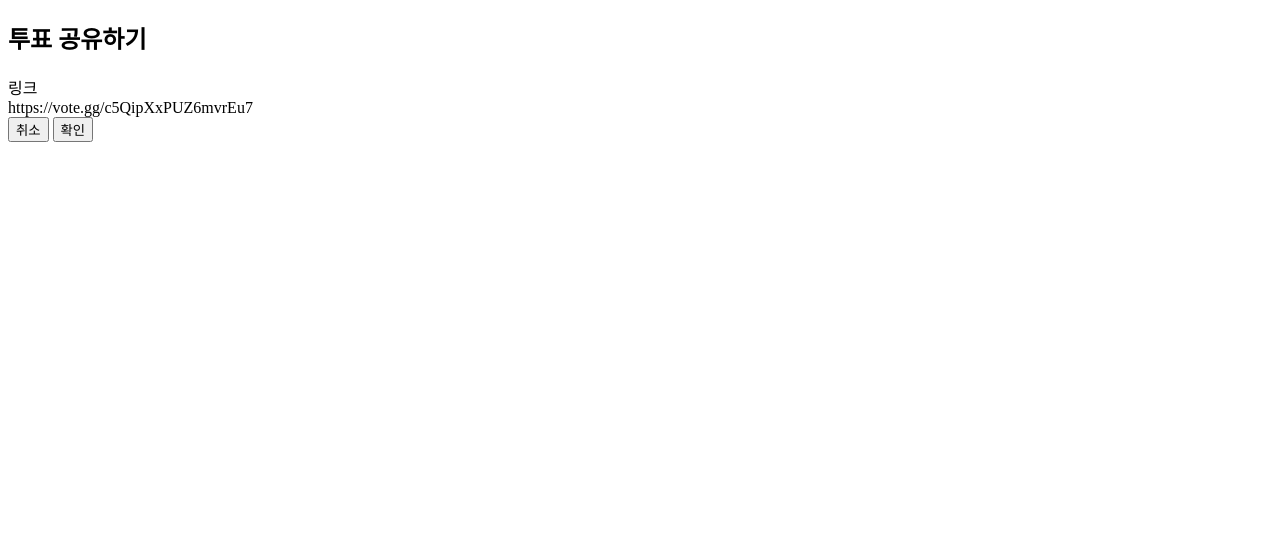
Repository: binigy97/VoteStie
Page: voteWeb/src/main/webapp/makeURL.html
An editor plug-in stored every save of this project. The page is shown before and after the next save, followed by the edit.
The browser window is 1280 px wide. The pictures show the whole page.

Above is the page before, as saved 2022-02-26 20:40:42.

### voteWeb/src/main/webapp/makeURL.html
<!DOCTYPE html>
<html lang="ko">
<head>
<meta charset="UTF-8">
<title>투표 사이트</title>
</head>
<style>

</style>
<body>
<div>
	<h2>투표 공유하기</h2>
	<div>링크</div>
	<div id="url">https://vote.gg/c5QipXxPUZ6mvrEu7</div>
	<div>
		<a href="/"><button>취소</button></a>
		<a href="/"><button>확인</button></a>
	</div>
</div>
</body>
</html>

After the next save:
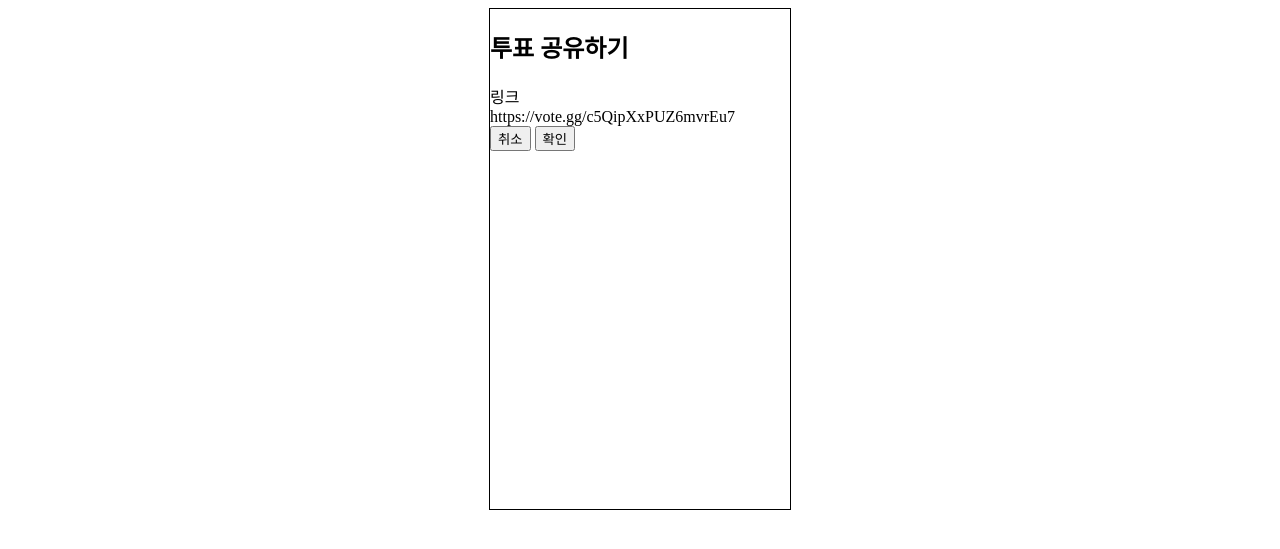
Saved 6 min 30 s later.
--- a/voteWeb/src/main/webapp/makeURL.html
+++ b/voteWeb/src/main/webapp/makeURL.html
@@ -5,7 +5,16 @@
 <title>투표 사이트</title>
 </head>
 <style>
-
+	body {
+		display: flex;
+		justify-content: center;
+		align-items: center;
+	}
+	body > div{
+		width: 300px;
+		height: 500px;
+		border: 1px solid black;
+	}
 </style>
 <body>
 <div>
